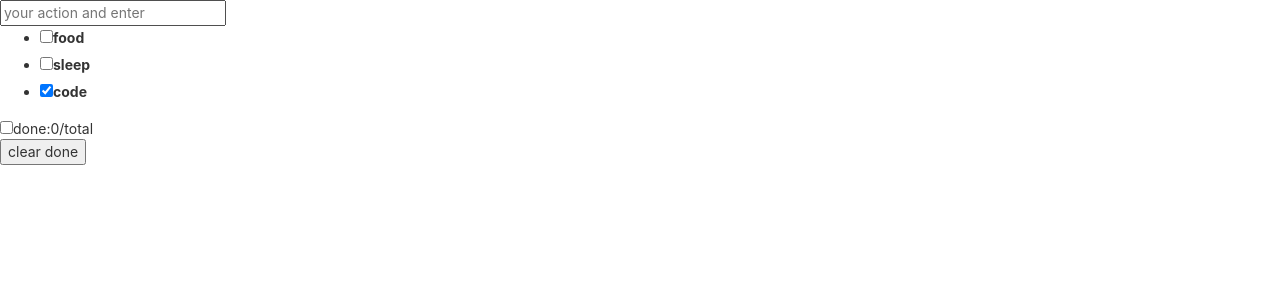
Repository: Shanshan67/React_a
Page: /
The author's editor kept a copy of each file at every save. The page is drawn from the files as they stood at one save, then again after the next save.
The browser window is 1280 px wide. The pictures show the whole page.
The project was rebuilt for these pictures with package versions that can differ from the ones it lists, and the page was loaded fresh each time.

Above is the page before, as saved 2022-12-10 21:12:21.

After the next save:
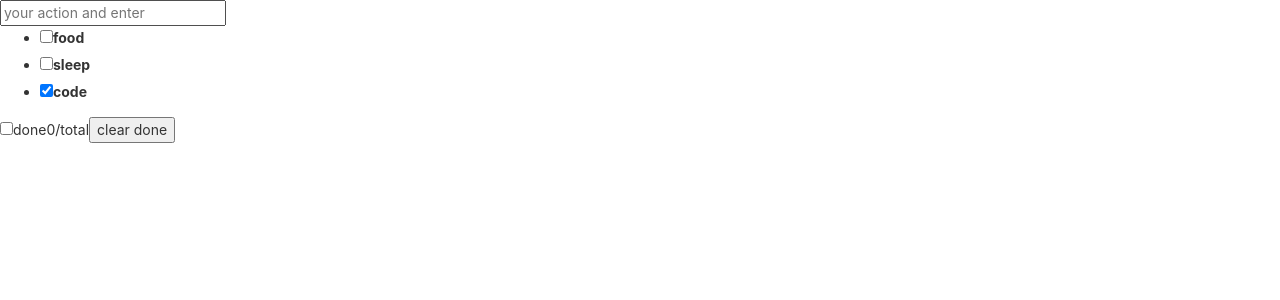
Saved 2 min 18 s later.
--- a/src/components/Footer/index.jsx
+++ b/src/components/Footer/index.jsx
@@ -4,10 +4,12 @@
   render() {
     return (
       <div>
-        <div>
+        <label>
             <input type="checkbox" />
-            <span>done:0</span>/total
-        </div>
+        </label>
+        <span>
+            <span>done0</span>/total
+        </span>
         <button>clear done</button>
       </div>
     )
